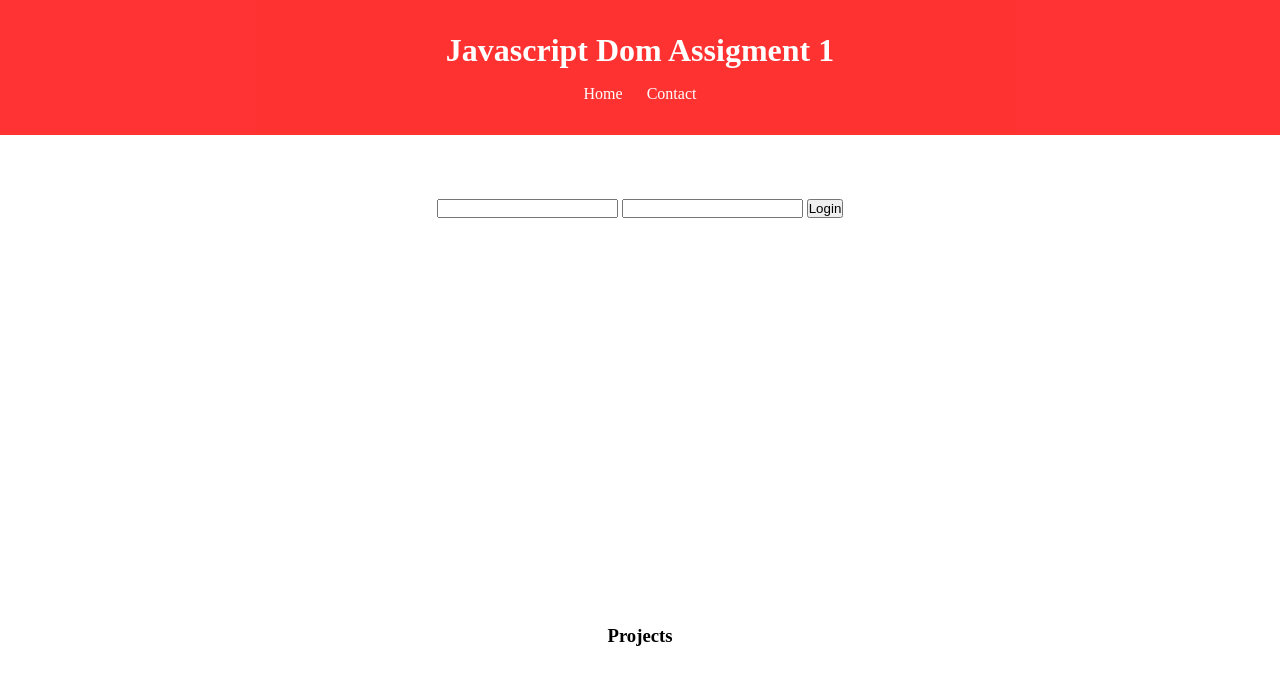
Repository: haakanerol/haakanerol
Page: Js.ass1/index.html
These files come from the project's save history. The page is drawn as it stood at one moment and after the next save; the edit follows.
The browser window is 1280 px wide. The pictures show the whole page.

Above is the page before, as saved 2024-02-25 16:02:53.

After the next save:
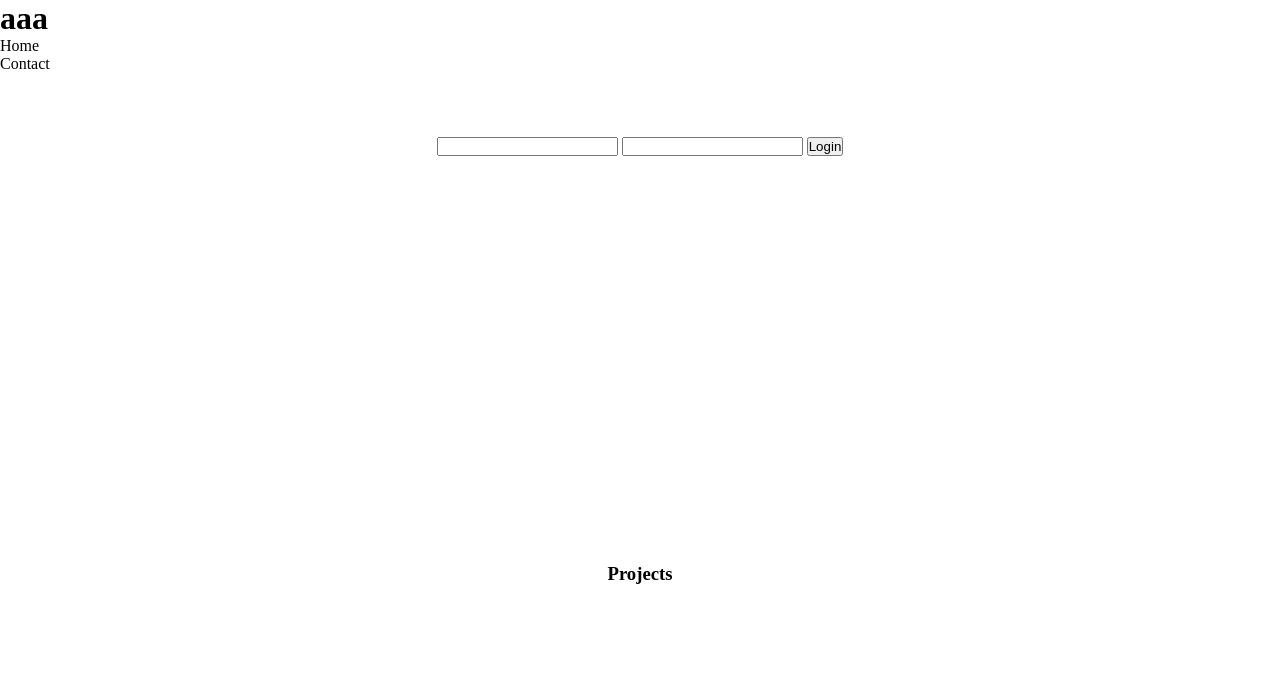
Console error: SyntaxError: Unexpected end of input
Saved 12 s later.
--- a/Js.ass1/app.js
+++ b/Js.ass1/app.js
@@ -14,3 +14,5 @@ newNavItem.style.display = "flex"
 newNavItem.style.justifyContent = "center"
 newNavItem.style.gap = "1.5rem"
 newNavItem.style.listStyle = "none"
+
+newUsername =

After the 5 saves that followed:
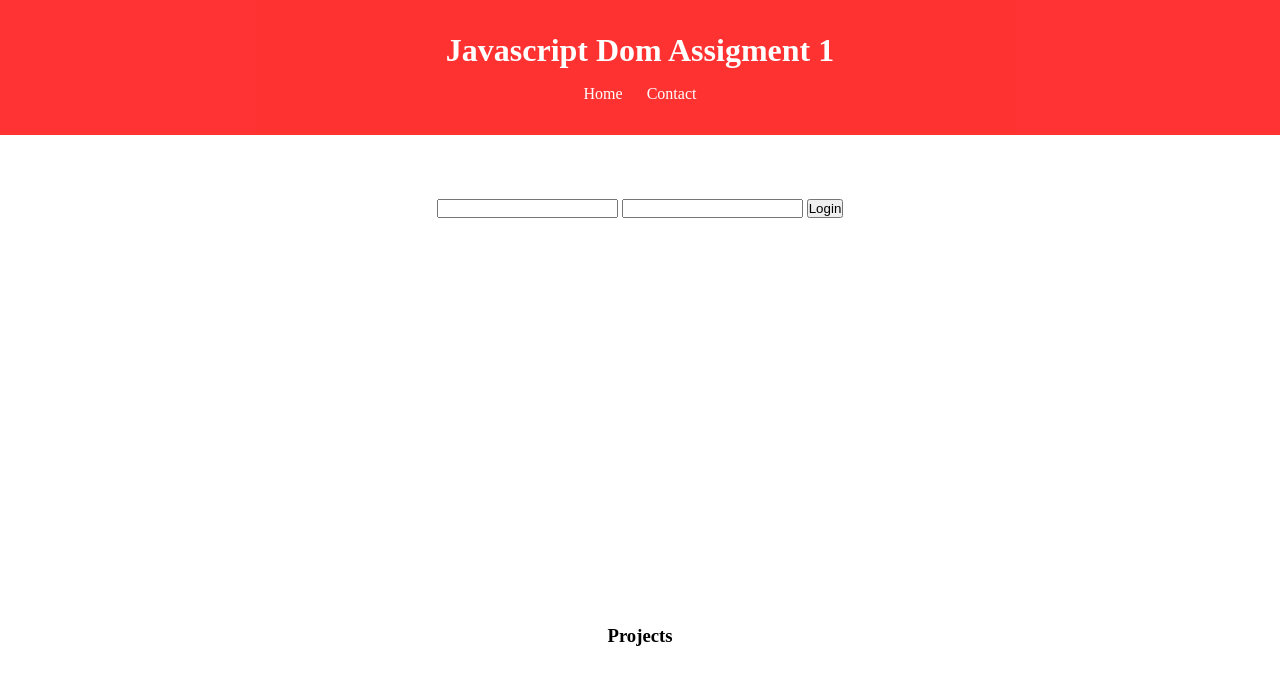
Console error (its wording comes from the project's code and is left out).
The 5 saves are shown as one change because 1 left the picture as it was and some came seconds apart.
The last was saved 18 s later.
--- a/Js.ass1/app.js
+++ b/Js.ass1/app.js
@@ -15,4 +15,4 @@ newNavItem.style.justifyContent = "center"
 newNavItem.style.gap = "1.5rem"
 newNavItem.style.listStyle = "none"
 
-newUsername =
+newUsername = document.querySelector("")
